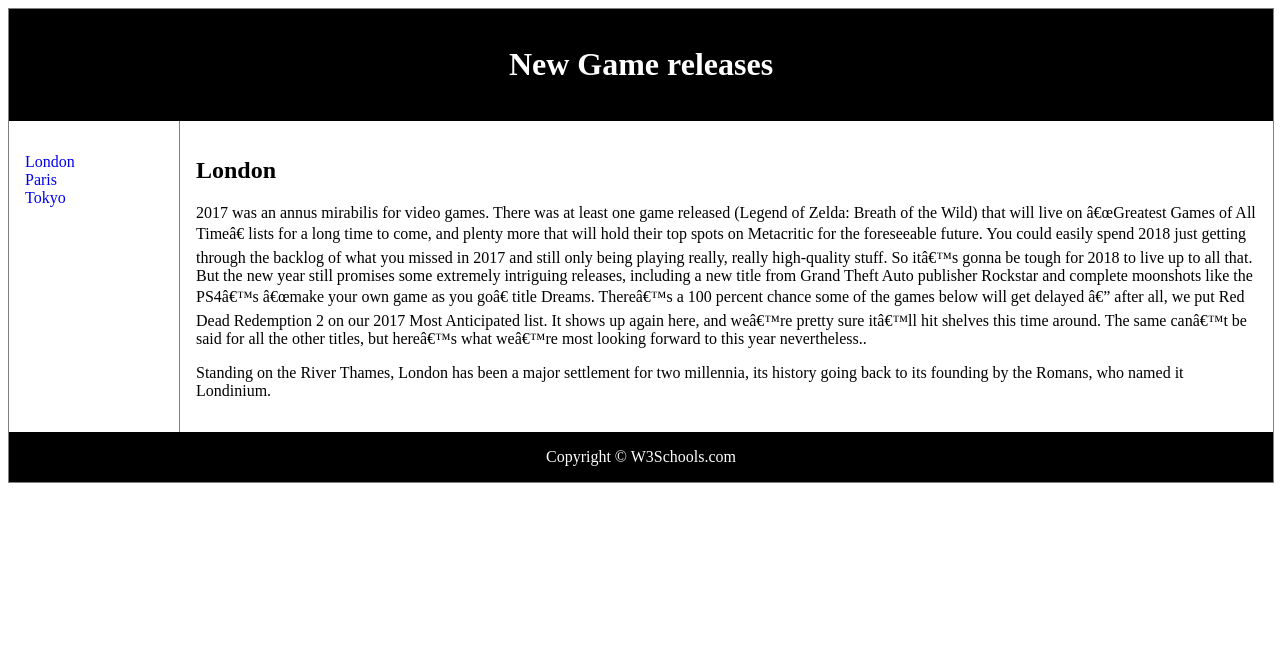
Repository: nimal96/Online-Gaming-Site---2nd-year-1st-semester-project
Page: http://localhost/project/article.jsp
These files come from the project's save history. The page is drawn as it stood at one moment and after the next save; the edit follows.
The browser window is 1280 px wide. The pictures show the whole page.
The page is served by Tomcat 9.

Above is the page before, as saved 2018-05-17 09:31:52.

After the next save:
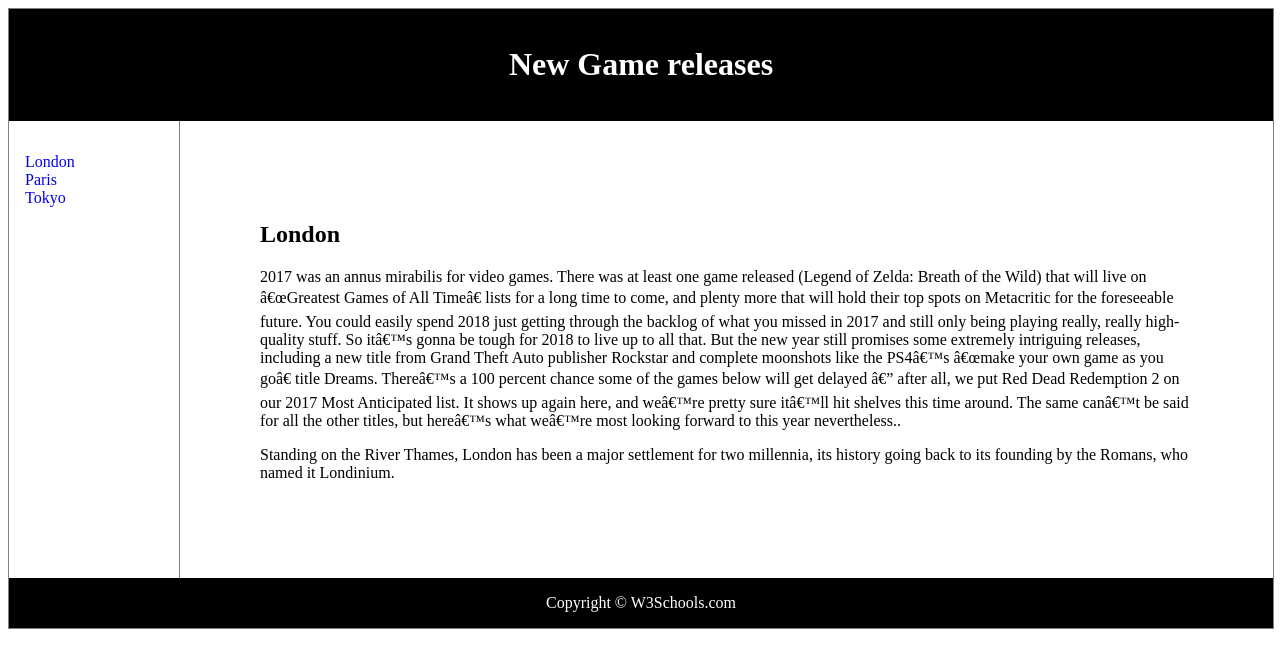
Saved 50 s later.
--- a/project/WebContent/article.jsp
+++ b/project/WebContent/article.jsp
@@ -35,7 +35,7 @@
 article {
     margin-left: 170px;
     border-left: 1px solid gray;
-    padding: 1em;
+    padding: 5em;
     overflow: hidden;
 }
 </style>
